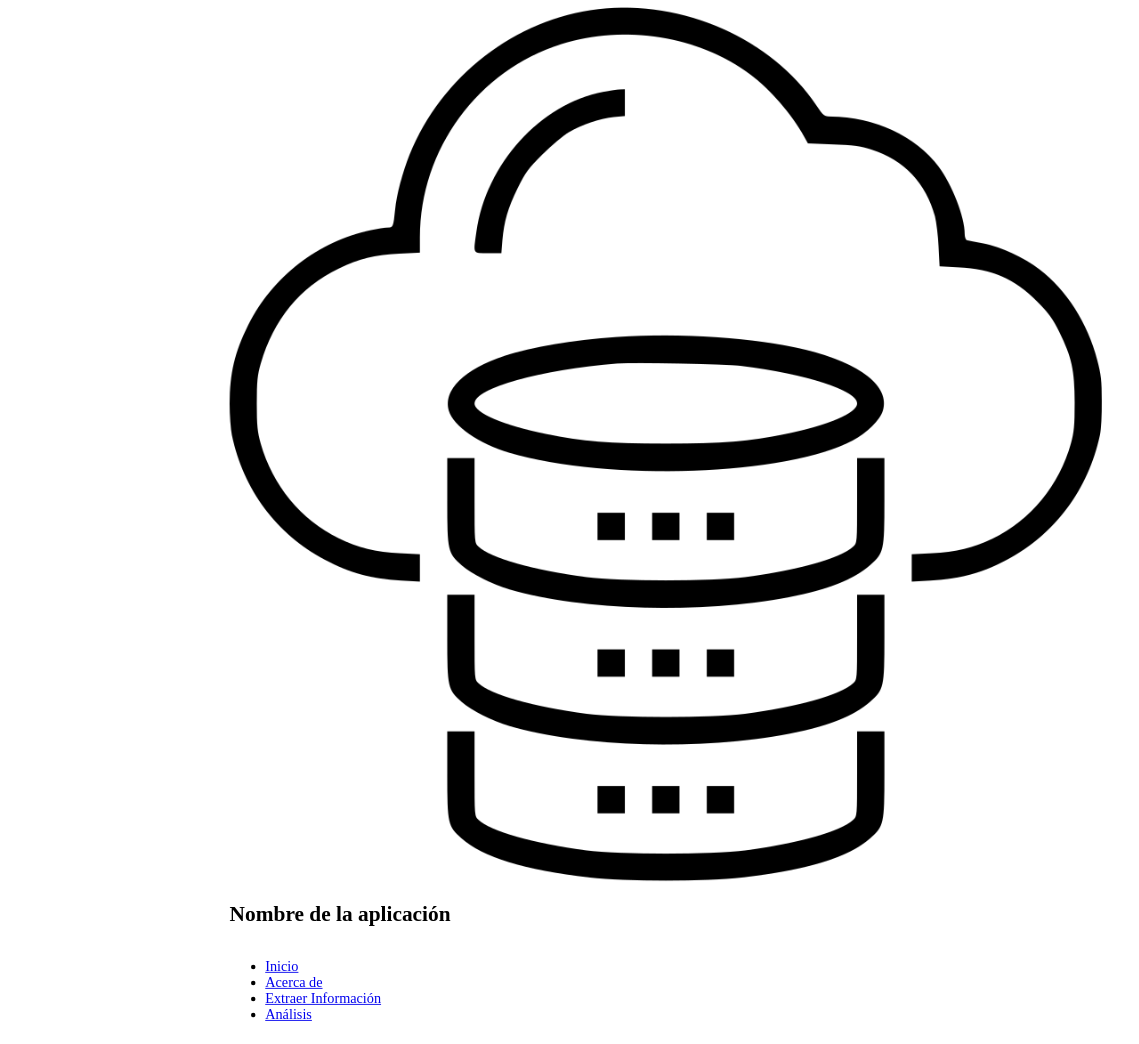
Repository: marcoBartolo55/data_analysis_app_-dev_project
Page: http://localhost/
The author's editor kept a copy of each file at every save. The page is drawn from the files as they stood at one save, then again after the next save.
The browser window is 1280 px wide. The pictures show the whole page, at 89% of full size.
The page is served by the project's application, run on Flask 3 (app/app.py). Other server files are loaded and not shown.

Above is the page before, as saved 2025-10-19 22:25:57.

### templates/index.html
<!DOCTYPE html>
<html lang="en">

<head>
    <meta charset="UTF-8">
    <meta name="viewport" content="width=device-width, initial-scale=1.0">
    <link rel="stylesheet" href="/static/styles/index.css">
    <title>Inicio</title>
</head>

<body>
    <div class="main-div">
        <div class="logo-div">
            <img class="logo-img" src="../static/images/logo.png" alt="Logo">
        </div>
        <div class="title-div">
            <h2>Nombre de la aplicación</h2>
        </div>

        <div class="side-bar">
            <nav>
                <ul>
                    <li><a href="index.html">Inicio</a></li>
                    <li><a href="about.html">Acerca de</a></li>
                    <li><a href="data.html">Extraer Información</a></li>
                    <li><a href="chart.html">Análisis</a></li>
                </ul>
            </nav>
        </div>
        <div class="content-area">

        </div>
    </div>
</body>
</html>

### app/app.py
from flask.templating import render_template
from flask import Flask
import os

BASE_DIR = os.path.abspath(os.path.dirname(__file__))

app = Flask(__name__,
            template_folder=os.path.join(BASE_DIR, '../templates'),
            static_folder=os.path.join(BASE_DIR, '../static')
           )
@app.route('/')
def index():
    return render_template('index.html')

if __name__ == '__main__':
    app.run(debug=True)

### static/styles/index.css
.main-div{
    margin-left: 250px;
}

.side-bar{
    display: grid;
    grid-template-columns: 1fr;
}

.main-content{
    margin-left: 0;
}

.

After the next save:
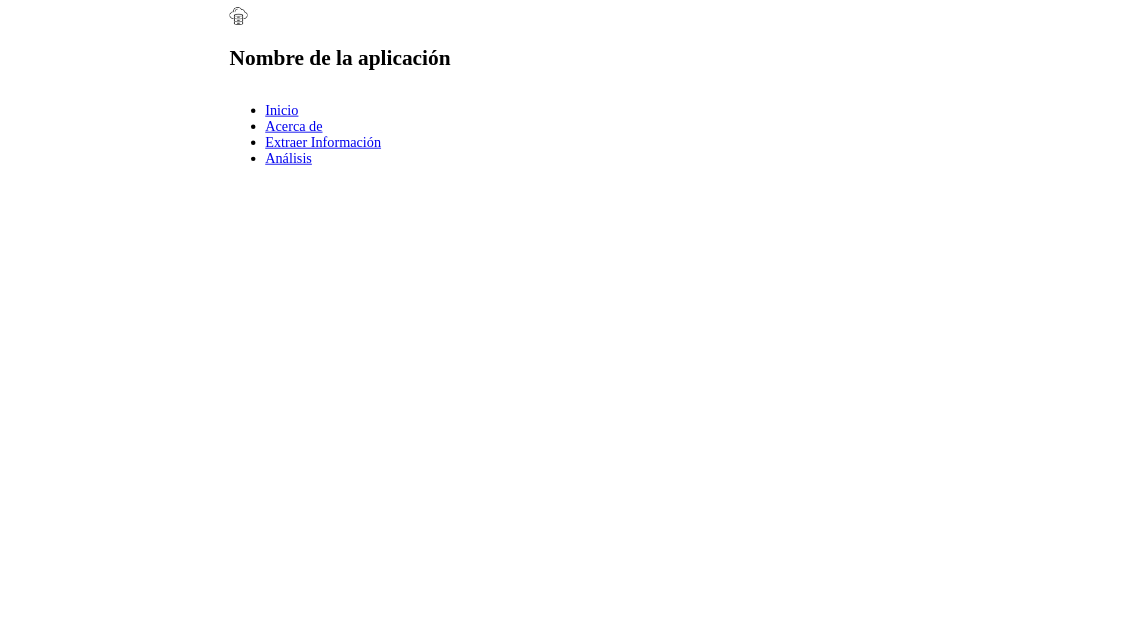
Saved 7 s later.
--- a/static/styles/index.css
+++ b/static/styles/index.css
@@ -11,4 +11,9 @@
     margin-left: 0;
 }
 
+.logo-img{
+    width: 20px;
+    height: auto;
+}
+
 .
